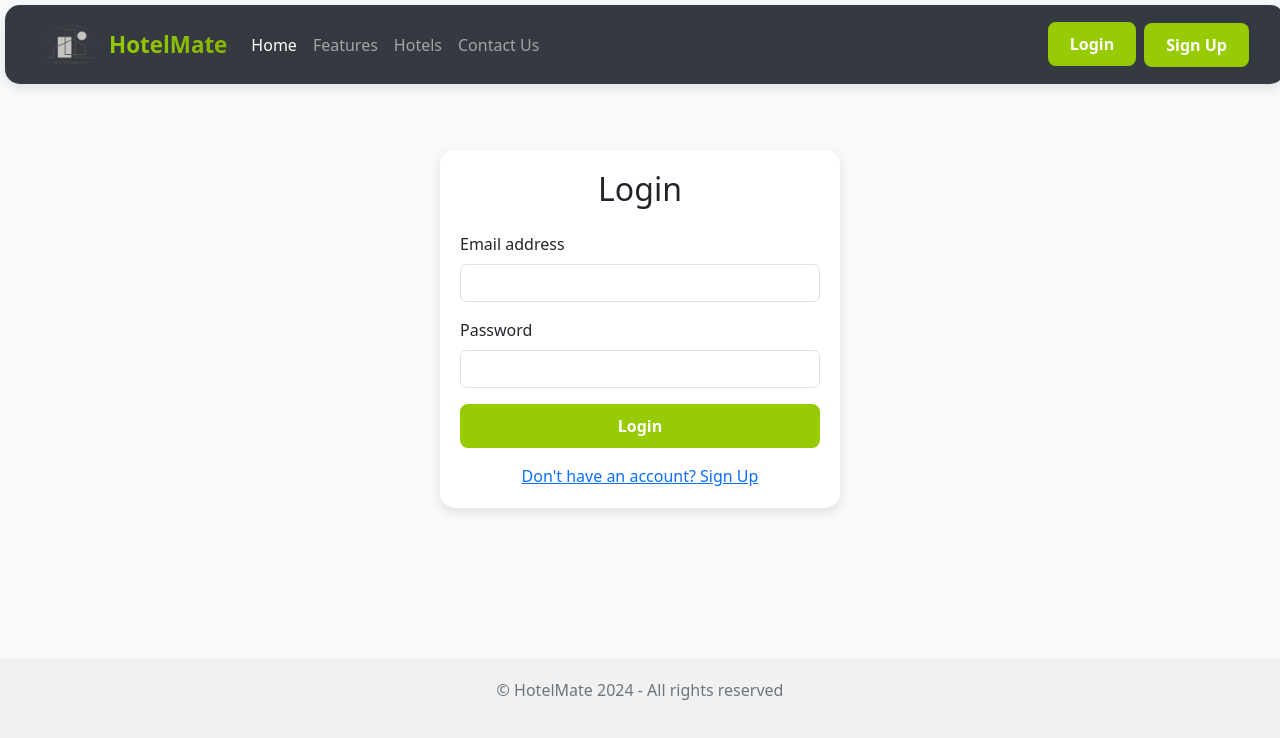
Repository: himanshu2k23/HoteMate
Page: http://localhost/HotelMate/login.jsp
These files come from the project's save history. The page is drawn as it stood at one moment and after the next save; the edit follows.
The browser window is 1280 px wide. The pictures show the whole page.
The pointer rests on the first visible `.login-btn`.
The page is served by Tomcat 10.

Above is the page before, as saved 2025-01-15 17:29:29.

After the next save:
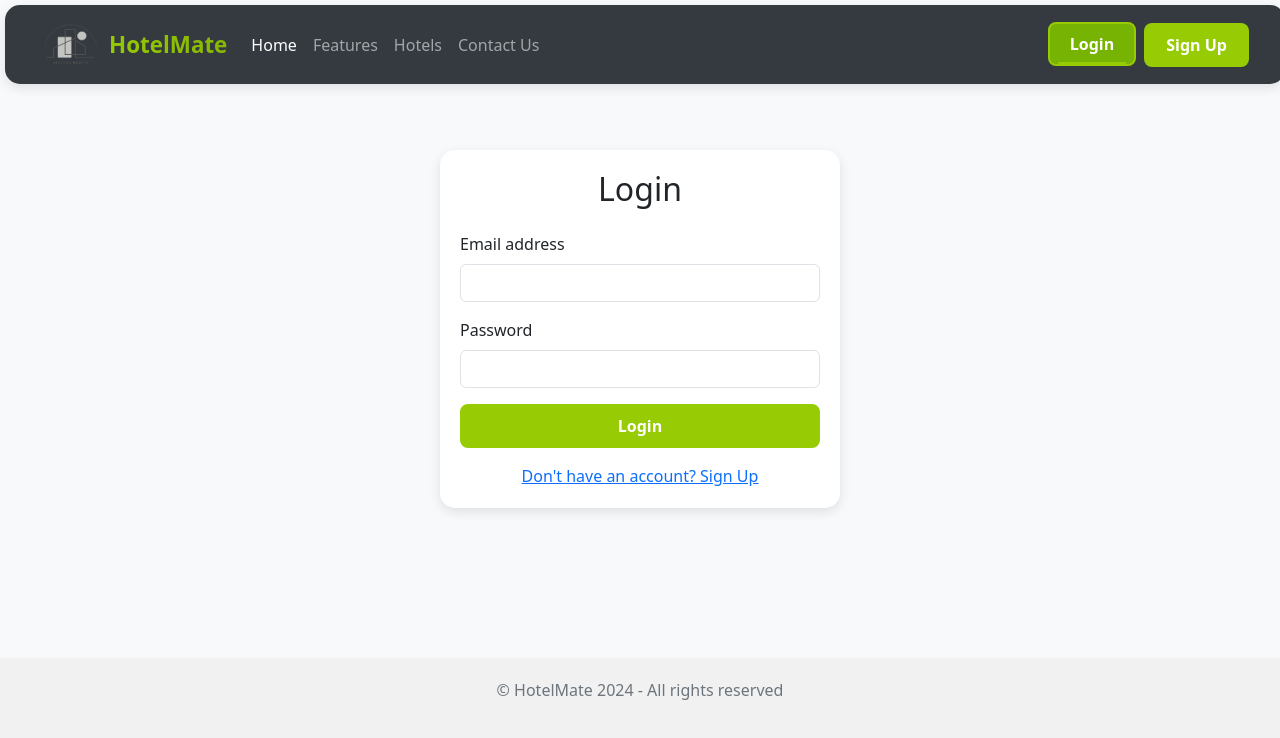
Saved 27 s later.
--- a/HotelMate/src/main/webapp/login.jsp
+++ b/HotelMate/src/main/webapp/login.jsp
@@ -28,7 +28,7 @@ body {
 }
 
 .login-btn:hover {
-	background-color: #76b302; /* Darker green on hover */
+	background-color: #76b302 !important;
 }
 </style>
 </head>
